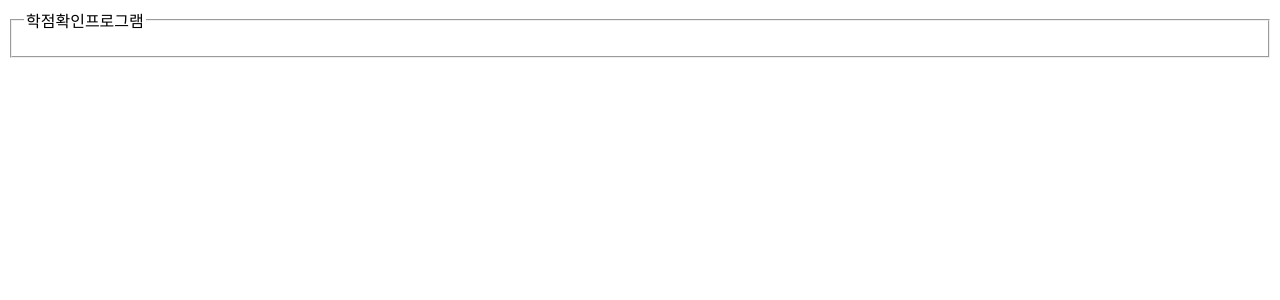
Repository: songhak1226/Web_Server
Page: Ex04Object/src/main/webapp/Ex01Request.html
The author's editor kept a copy of each file at every save. The page is drawn from the files as they stood at one save, then again after the next save.
The browser window is 1280 px wide. The pictures show the whole page.

Above is the page before, as saved 2023-05-16 07:10:25.

After the next save:
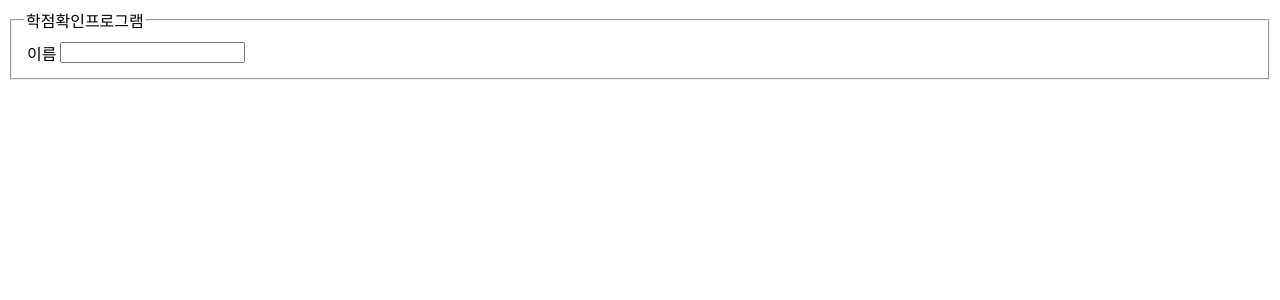
Saved 34 s later.
--- a/Ex04Object/src/main/webapp/Ex01Request.html
+++ b/Ex04Object/src/main/webapp/Ex01Request.html
@@ -10,10 +10,9 @@
 		<form action="">
 			<table>
 				<tr>
-					<td></td>
+					<td>이름</td>
+					<td><input type="text" name="name"></td>
 				</tr>
-
-				<tr></tr>
 			</table>
 		</form>
 	</fieldset>
